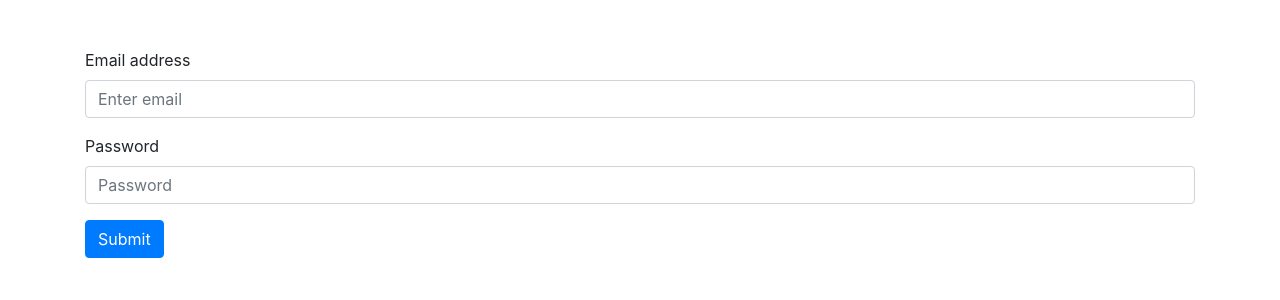
Repository: phamvuhung2710/sound-express
Page: http://localhost/download
An editor plug-in stored every save of this project. The page is shown before and after the next save, followed by the edit.
The browser window is 1280 px wide. The pictures show the whole page.
The page is served by the project's Node server (server.js).

Above is the page before, as saved 2022-08-04 22:09:09.

### views/download.ejs
<!DOCTYPE html>
<html lang="en">
  <head>
    <meta charset="UTF-8" />
    <meta http-equiv="X-UA-Compatible" content="IE=edge" />
    <meta name="viewport" content="width=device-width, initial-scale=1.0" />
    <title>LongK</title>
    <link
      rel="stylesheet"
      href="https://cdn.jsdelivr.net/npm/bootstrap@4.3.1/dist/css/bootstrap.min.css"
      integrity="sha384-ggOyR0iXCbMQv3Xipma34MD+dH/1fQ784/j6cY/iJTQUOhcWr7x9JvoRxT2MZw1T"
      crossorigin="anonymous"
    />
  </head>
  <body>
    <div class="container">
      <form class="mt-5">
        <div class="form-group">
          <label for="exampleInputEmail1">Email address</label>
          <input
            type="email"
            class="form-control"
            id="exampleInputEmail1"
            aria-describedby="emailHelp"
            placeholder="Enter email"
          />
        </div>
        <div class="form-group">
          <label for="exampleInputPassword1">Password</label>
          <input
            type="password"
            class="form-control"
            id="exampleInputPassword1"
            placeholder="Password"
          />
        </div>
        <button type="submit" class="btn btn-primary">Submit</button>
      </form>
    </div>

    <script
      src="https://code.jquery.com/jquery-3.3.1.slim.min.js"
      integrity="sha384-q8i/X+965DzO0rT7abK41JStQIAqVgRVzpbzo5smXKp4YfRvH+8abtTE1Pi6jizo"
      crossorigin="anonymous"
    ></script>
    <script
      src="https://cdn.jsdelivr.net/npm/popper.js@1.14.7/dist/umd/popper.min.js"
      integrity="sha384-UO2eT0CpHqdSJQ6hJty5KVphtPhzWj9WO1clHTMGa3JDZwrnQq4sF86dIHNDz0W1"
      crossorigin="anonymous"
    ></script>
    <script
      src="https://cdn.jsdelivr.net/npm/bootstrap@4.3.1/dist/js/bootstrap.min.js"
      integrity="sha384-JjSmVgyd0p3pXB1rRibZUAYoIIy6OrQ6VrjIEaFf/nJGzIxFDsf4x0xIM+B07jRM"
      crossorigin="anonymous"
    ></script>
  </body>
</html>

### server.js
const express = require('express')
const util = require('util')
const app = express()
var bodyParser = require('body-parser')
const YoutubeMp3Downloader = require('youtube-mp3-downloader')

const path = require('path')
const fs = require('fs')
const readdir = util.promisify(fs.readdir)

const directoryPath = path.join(__dirname, 'public')

// parse application/x-www-form-urlencoded
app.use(bodyParser.urlencoded({ extended: false }))

// parse application/json
app.use(bodyParser.json())
app.use(express.json())

app.set('view engine', 'ejs')
app.use(express.static('public'))

app.get('/', async (req, res) => {
  const listMusic = await readdir(directoryPath)
  res.render('index', { listMusic })
})

app.post('/', (req, res) => {
  res.send('OK')
})

app.get('/download', (req, res) => {
  res.render('download')
})

app.post('/delete', (req, res) => {
  fs.unlink(`./public/${req.body.name}`, (err) => {
    if (err) throw err //handle your error the way you want to;
    console.log('path/file.txt was deleted') //or else the file will be deleted
  })
  res.send('Xoá thành công')
})

app.post('/download/', (req, res) => {
  console.log('req: ', req)
  // var YD = new YoutubeMp3Downloader({
  //   ffmpegPath: './ffmpeg/bin/ffmpeg.exe', // FFmpeg binary location
  //   outputPath: './public', // Output file location (default: the home directory)
  //   youtubeVideoQuality: 'highestaudio', // Desired video quality (default: highestaudio)
  //   queueParallelism: 2, // Download parallelism (default: 1)
  //   progressTimeout: 2000, // Interval in ms for the progress reports (default: 1000)
  //   allowWebm: false // Enable download from WebM sources (default: false)
  // })

  // //Download video and save as MP3 file
  // YD.download('lXx-kdlxL48', '2.mp3')

  // YD.on('finished', function (err, data) {
  //   res.send('Thành công')
  // })

  // YD.on('error', function (error) {
  //   console.log('error: ', error)
  // })

  // YD.on('progress', function (progress) {
  //   console.log(JSON.stringify(progress))
  // })
})

app.listen(3000, () => {
  console.log(`Server started running`)
})

function removeVietnameseTones(str) {
  str = str.replace(/à|á|ạ|ả|ã|â|ầ|ấ|ậ|ẩ|ẫ|ă|ằ|ắ|ặ|ẳ|ẵ/g, 'a')
  str = str.replace(/è|é|ẹ|ẻ|ẽ|ê|ề|ế|ệ|ể|ễ/g, 'e')
  str = str.replace(/ì|í|ị|ỉ|ĩ/g, 'i')
  str = str.replace(/ò|ó|ọ|ỏ|õ|ô|ồ|ố|ộ|ổ|ỗ|ơ|ờ|ớ|ợ|ở|ỡ/g, 'o')
  str = str.replace(/ù|ú|ụ|ủ|ũ|ư|ừ|ứ|ự|ử|ữ/g, 'u')
  str = str.replace(/ỳ|ý|ỵ|ỷ|ỹ/g, 'y')
  str = str.replace(/đ/g, 'd')
  str = str.replace(/À|Á|Ạ|Ả|Ã|Â|Ầ|Ấ|Ậ|Ẩ|Ẫ|Ă|Ằ|Ắ|Ặ|Ẳ|Ẵ/g, 'A')
  str = str.replace(/È|É|Ẹ|Ẻ|Ẽ|Ê|Ề|Ế|Ệ|Ể|Ễ/g, 'E')
  str = str.replace(/Ì|Í|Ị|Ỉ|Ĩ/g, 'I')
  str = str.replace(/Ò|Ó|Ọ|Ỏ|Õ|Ô|Ồ|Ố|Ộ|Ổ|Ỗ|Ơ|Ờ|Ớ|Ợ|Ở|Ỡ/g, 'O')
  str = str.replace(/Ù|Ú|Ụ|Ủ|Ũ|Ư|Ừ|Ứ|Ự|Ử|Ữ/g, 'U')
  str = str.replace(/Ỳ|Ý|Ỵ|Ỷ|Ỹ/g, 'Y')
  str = str.replace(/Đ/g, 'D')
  // Some system encode vietnamese combining accent as individual utf-8 characters
  // Một vài bộ encode coi các dấu mũ, dấu chữ như một kí tự riêng biệt nên thêm hai dòng này
  str = str.replace(/\u0300|\u0301|\u0303|\u0309|\u0323/g, '') // ̀ ́ ̃ ̉ ̣  huyền, sắc, ngã, hỏi, nặng
  str = str.replace(/\u02C6|\u0306|\u031B/g, '') // ˆ ̆ ̛  Â, Ê, Ă, Ơ, Ư
  // Remove extra spaces
  // Bỏ các khoảng trắng liền nhau
  str = str.replace(/ + /g, ' ')
  str = str.trim()
  // Remove punctuations
  // Bỏ dấu câu, kí tự đặc biệt
  str = str.replace(
    /!|@|%|\^|\*|\(|\)|\+|\=|\<|\>|\?|\/|,|\.|\:|\;|\'|\"|\&|\#|\[|\]|~|\$|_|`|-|{|}|\||\\/g,
    ' '
  )
  return str
}

After the next save:
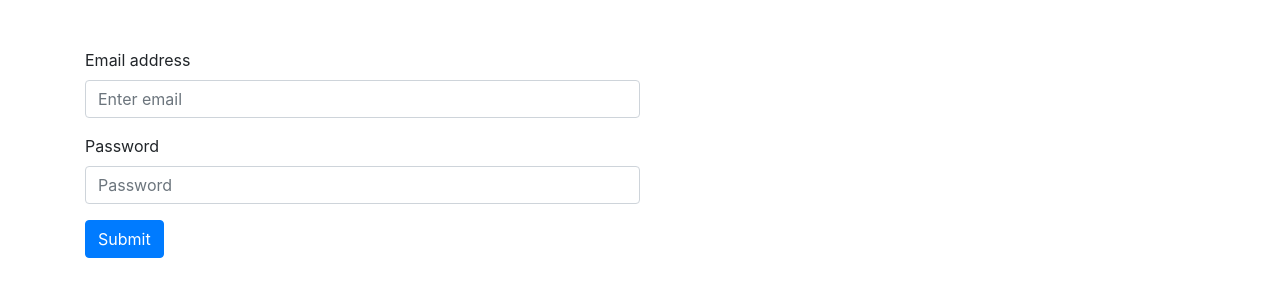
Saved 11 s later.
--- a/views/download.ejs
+++ b/views/download.ejs
@@ -14,7 +14,7 @@
   </head>
   <body>
     <div class="container">
-      <form class="mt-5">
+      <form class="mt-5" style="width: 50%">
         <div class="form-group">
           <label for="exampleInputEmail1">Email address</label>
           <input
